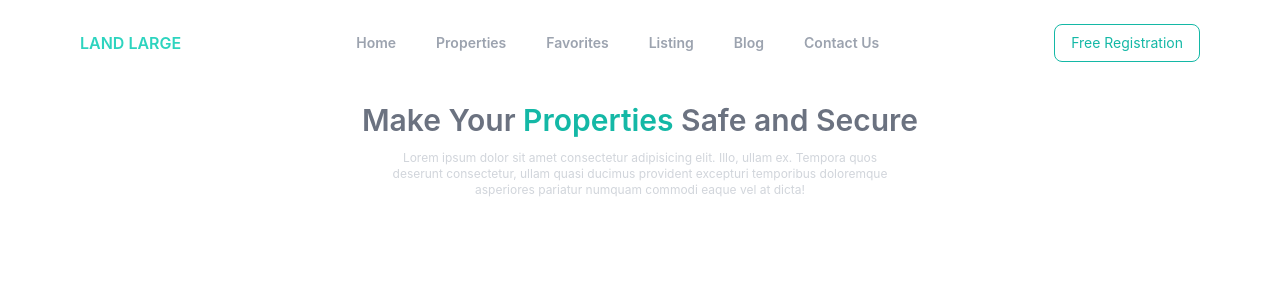
Repository: MuniruIssah/realestate
Page: /
These files come from the project's save history. The page is drawn as it stood at one moment and after a run of saves; the edit follows.
The browser window is 1280 px wide. The pictures show the whole page.
The project was rebuilt for these pictures with package versions that can differ from the ones it lists, and the page was loaded fresh each time. Also part of the build but not shown: src/App.css.

Above is the page before, as saved 2022-02-19 21:47:49.

After the next 2 saves:
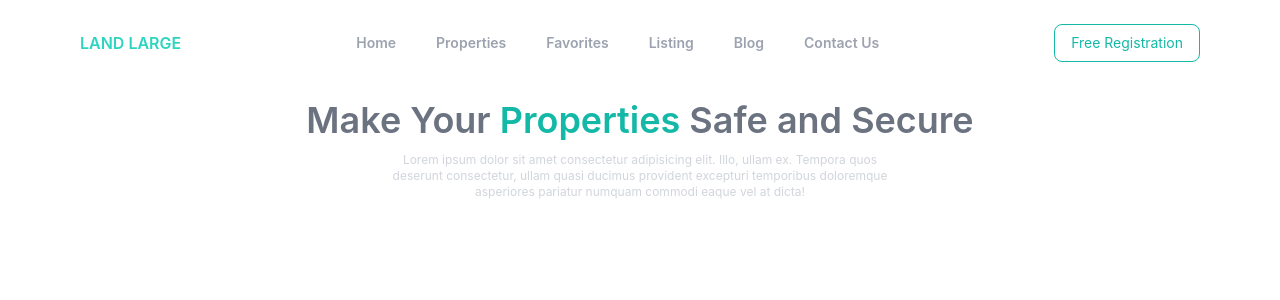
The 2 saves are shown as one change because they came seconds apart.
The last was saved 26 s later.
--- a/src/components/Jumbotron.js
+++ b/src/components/Jumbotron.js
@@ -3,7 +3,7 @@ import React from "react";
 const Jumbotron = () => {
   return (
     <div className="h-32 flex flex-col justify-center items-center space-y-3 w-full">
-      <span className="lg:text-3xl text-gray-500 text-center font-semibold">
+      <span className="lg:text-4xl text-gray-500 text-center font-semibold">
         Make Your <span className="text-teal-500">Properties</span> Safe and
         Secure
       </span>
